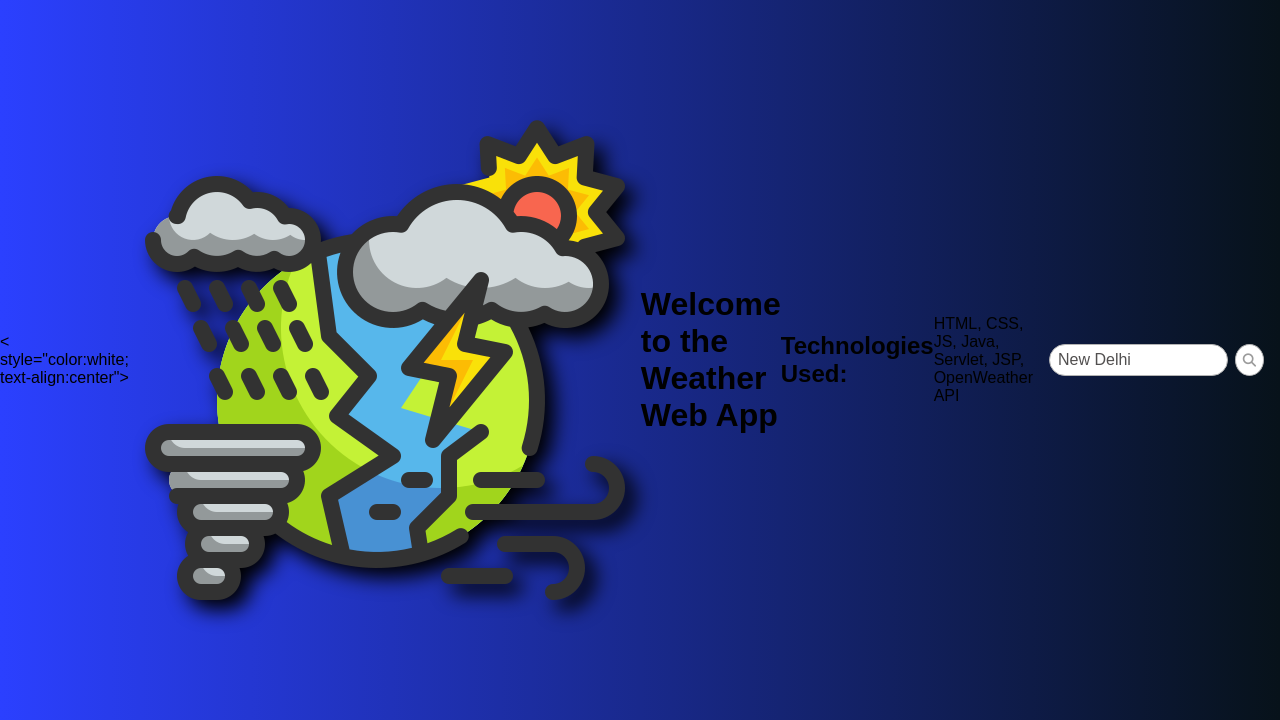
Repository: Adeshppp/Weather-Application-By-Using-JSP-and-Servlet
Page: MyWeatherApp/src/main/webapp/index.html
These files come from the project's save history. The page is drawn as it stood at one moment and after the next save; the edit follows.
The browser window is 1280 px wide. The pictures show the whole page.

Above is the page before, as saved 2023-11-03 05:41:09.

After the next save:
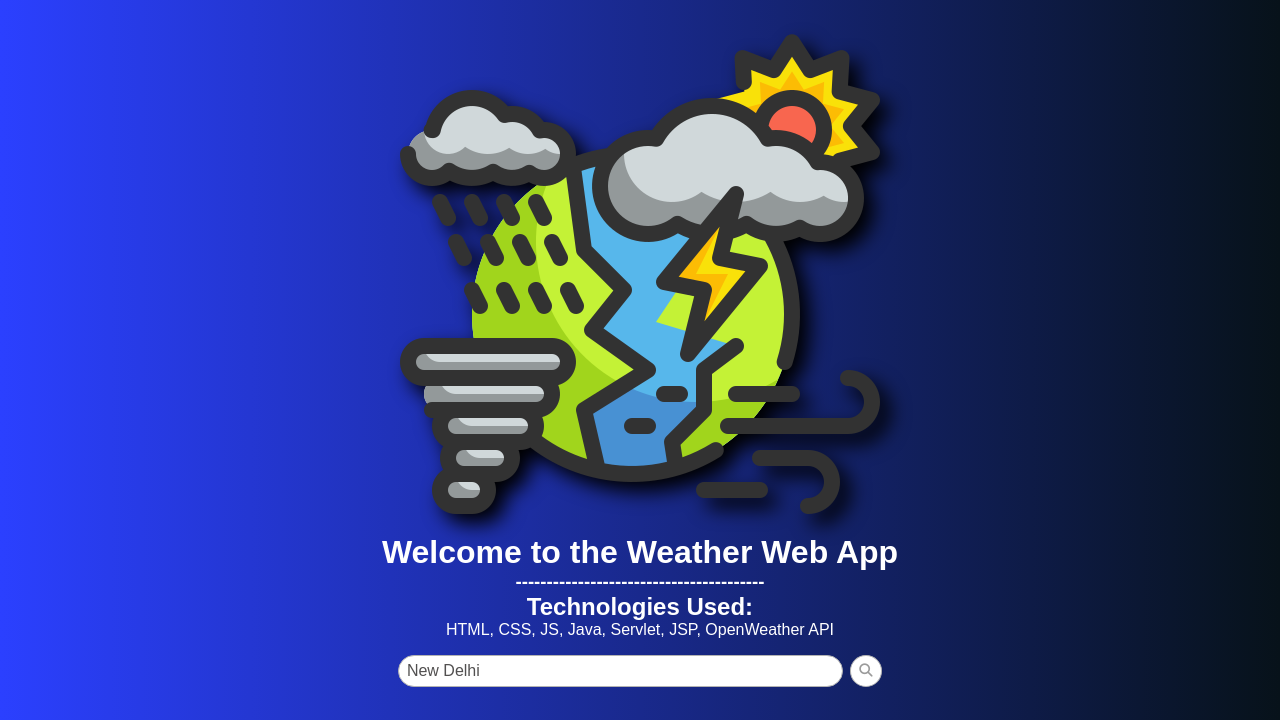
Saved 24 s later.
--- a/MyWeatherApp/src/main/webapp/index.html
+++ b/MyWeatherApp/src/main/webapp/index.html
@@ -10,11 +10,12 @@
 
 </head>
 <body>
-< style="color:white; text-align:center">
+<div style="color:white; text-align:center">
 <img src="images/weather-logo.png" style=" height: auto;width: auto;filter: drop-shadow(10px 10px 10px black);">
     <h1>Welcome to the Weather Web App</h1>
-    <h1></h1>
-   <h2>Technologies Used: </h2> <p>HTML, CSS, JS, Java, Servlet, JSP, OpenWeather API</p>
+    <h3>----------------------------------------</h3>
+
+    <h2>Technologies Used: </h2> <p>HTML, CSS, JS, Java, Servlet, JSP, OpenWeather API</p>
      <form action="MyServlet" method="post" class="searchInput">
             <input type="text" placeholder="Enter City Name" id="searchInput" value="New Delhi" name="city"/>
             <button id="searchButton"><i class="fa-solid fa-magnifying-glass"></i></button>
